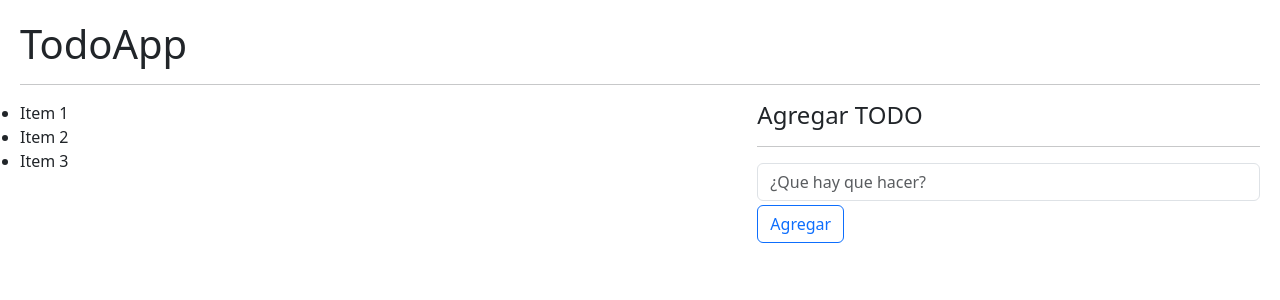
Repository: bryanesteban/hooks-App
Page: /
These files come from the project's save history. The page is drawn as it stood at one moment and after the next save; the edit follows.
The browser window is 1280 px wide. The pictures show the whole page.
The project was rebuilt for these pictures with package versions that can differ from the ones it lists, and the page was loaded fresh each time. Also part of the build but not shown: vite.config.js, src/HooksApp.jsx, src/01-useState/CounterApp.jsx, src/hooks/useCounter.jsx, src/01-useState/CounterWithCustomHook.jsx, src/02-useEffect/Message.jsx, src/02-useEffect/SimpleForm.jsx, src/hooks/useForm.js and 12 more.

Above is the page before, as saved 2024-08-16 13:25:03.

After the next save:
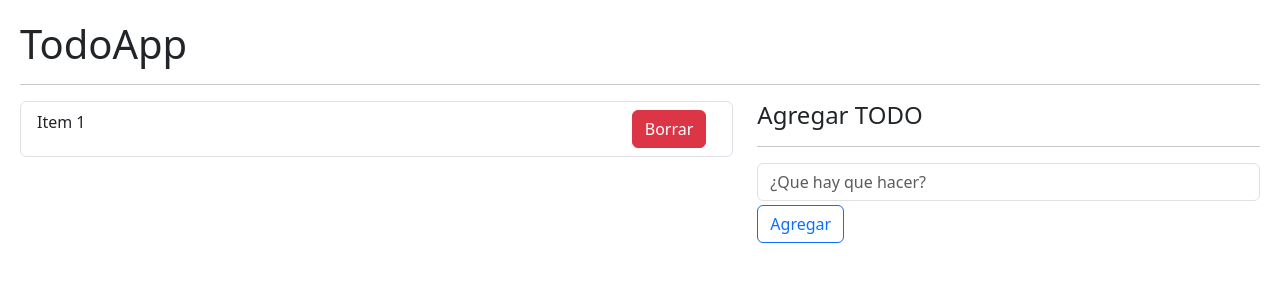
Saved 2 min 8 s later.
--- a/src/08-useReducer/TodoApp.jsx
+++ b/src/08-useReducer/TodoApp.jsx
@@ -27,9 +27,11 @@
         <div className="row">
             <div className="col-7">
                 <ul className="list-group">
-                    <li>Item 1</li>
-                    <li>Item 2</li>
-                    <li>Item 3</li>
+                    <li className="list-group-item d-flex justify-content-between">
+                       <span>Item 1</span>
+                        <button className="btn btn-danger ">Borrar</button>
+                    </li>
+
                 </ul>
             </div>
             <div className="col-5">
